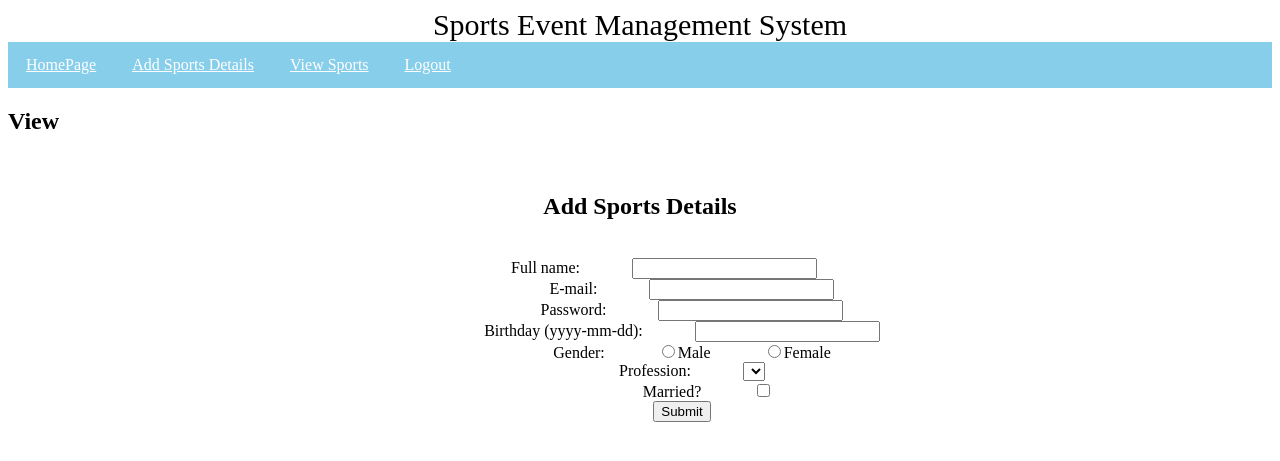
Repository: svrm1014/sportseventmanagement
Page: http://localhost/sportsmanagement/WEB-INF/views/addsportsdetails.jsp
These files come from the project's save history. The page is drawn as it stood at one moment and after the next save; the edit follows.
The browser window is 1280 px wide. The pictures show the whole page.
The page is served by Tomcat 9. Nobody is signed in. Other server files are loaded and not shown. The template is opened directly, without the code that normally fills it, so the values that code supplies are empty.

Above is the page before, as saved 2021-05-03 21:45:58.

### sportsmanagement/src/main/webapp/WEB-INF/views/addsportsdetails.jsp
<%@ page language="java" contentType="text/html; charset=ISO-8859-1"
    pageEncoding="ISO-8859-1"%>
    <%@ taglib prefix="form" uri="http://www.springframework.org/tags/form" %>
<!DOCTYPE html PUBLIC "-//W3C//DTD HTML 4.01 Transitional//EN" "http://www.w3.org/TR/html4/loose.dtd">
<html>
<head>
<style type="text/css">

.title{
text-align:center;
font-size:30px;
}

ul {
list-style-type:none;
margin:0px;
padding:0px;
background-color:skyblue;
overflow:hidden;
}
li{
float:left;
}
li a{
display:block;
padding : 14px 18px;
color:white;
}

</style>

<meta http-equiv="Content-Type" content="text/html; charset=ISO-8859-1">
<title>Sports Event Management System</title>
</head>
<body>
    <div class="title">Sports Event Management System</div>
    <div class="menu">
    <ul>
    <li><a href="/homepage">HomePage</a></li>
    <li><a href="/addsportsdetails">Add Sports Details</a></li>
    <li><a href="/viewsports">View Sports</a></li>
    <li><a href="/admin">Logout</a></li>

    </ul>
 </div>
    <div align="left">
        <h2>View</h2>
    </div>
    <div align="center">
     <h2>Add Sports Details</h2>
        <form:form action="register" method="post" modelAttribute="user">
            <form:label path="name">Full name:</form:label>
            <form:input path="name"/><br/>

            <form:label path="email">E-mail:</form:label>
            <form:input path="email"/><br/>

            <form:label path="password">Password:</form:label>
            <form:password path="password"/><br/>

            <form:label path="birthday">Birthday (yyyy-mm-dd):</form:label>
            <form:input path="birthday"/><br/>

            <form:label path="gender">Gender:</form:label>
            <form:radiobutton path="gender" value="Male"/>Male
            <form:radiobutton path="gender" value="Female"/>Female<br/>

            <form:label path="profession">Profession:</form:label>
            <form:select path="profession" items="${professionList}" /><br/>

            <form:label path="married">Married?</form:label>
            <form:checkbox path="married"/><br/>

            <form:button>Submit</form:button>
        </form:form>
    </div>

</body>
</html>

After the next save:
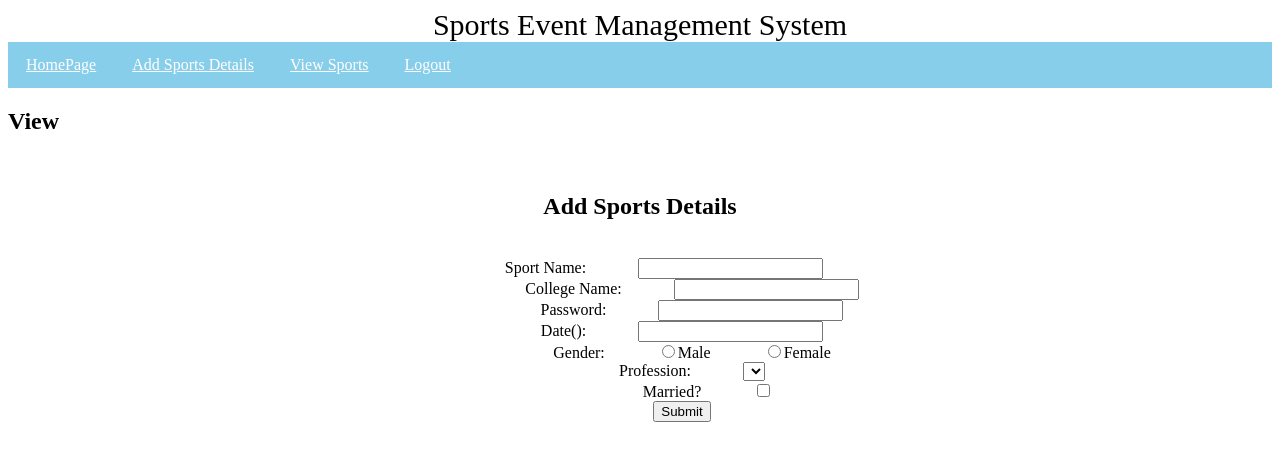
Saved 6 min 22 s later.
--- a/sportsmanagement/src/main/webapp/WEB-INF/views/addsportsdetails.jsp
+++ b/sportsmanagement/src/main/webapp/WEB-INF/views/addsportsdetails.jsp
@@ -48,18 +48,18 @@ color:white;
     </div>
     <div align="center">
      <h2>Add Sports Details</h2>
-        <form:form action="register" method="post" modelAttribute="user">
-            <form:label path="name">Full name:</form:label>
-            <form:input path="name"/><br/>
+        <form:form action="addsportsdetails" method="post" modelAttribute="detailsKey">
+            <form:label path="sportname">Sport Name:</form:label>
+            <form:input path="sportname"/><br/>
 
-            <form:label path="email">E-mail:</form:label>
-            <form:input path="email"/><br/>
+            <form:label path="collegename">College Name:</form:label>
+            <form:input path="collegename"/><br/>
 
-            <form:label path="password">Password:</form:label>
-            <form:password path="password"/><br/>
+            <form:label path="location">Password:</form:label>
+            <form:input path="location"/><br/>
 
-            <form:label path="birthday">Birthday (yyyy-mm-dd):</form:label>
-            <form:input path="birthday"/><br/>
+            <form:label path="date" placeholder="dd/mm/yyyy">Date():</form:label>
+            <form:input path="date"/><br/>
 
             <form:label path="gender">Gender:</form:label>
             <form:radiobutton path="gender" value="Male"/>Male
